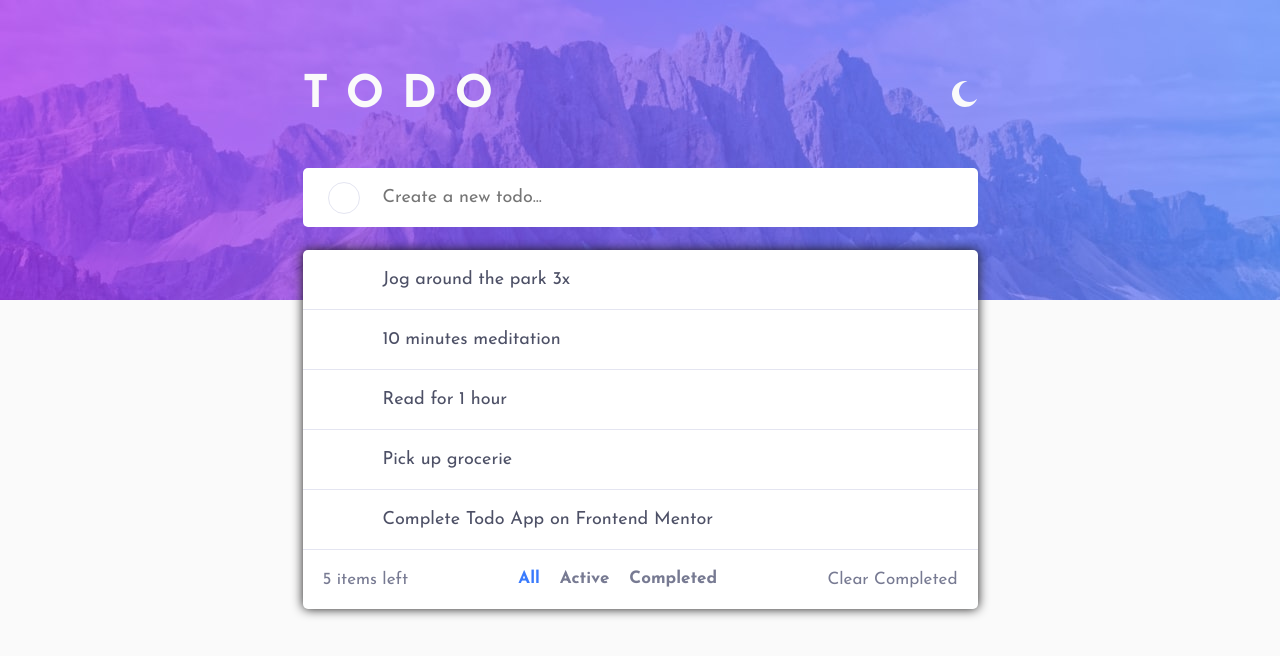
Repository: tomas938/todo-app
Page: /
The author's editor kept a copy of each file at every save. The page is drawn from the files as they stood at one save, then again after the next save.
The browser window is 1280 px wide. The pictures show the whole page.
The project was rebuilt for these pictures with package versions that can differ from the ones it lists, and the page was loaded fresh each time.

Above is the page before, as saved 2021-08-18 13:50:05.

### src/main.js
import { createApp } from "vue";
import App from "./App.vue";
import router from "./router";

createApp(App)
	.use(router)
	.mount("#app");

### src/App.vue
<template>
	<router-view />
</template>

<style lang="scss">
@import "/src/scss/_variables";
:root {
	.dark {
		--bg-image: url(./assets/bg-desktop-dark.jpg);
		--items-bg-color: hsl(235, 24%, 19%);
		--body-bg: hsl(235, 21%, 11%);
		--todo-text: hsl(236, 33%, 92%);
		--todo-border: hsl(237, 14%, 26%);
	}
	.light {
		--bg-image: url(./assets/bg-desktop-light.jpg);
		--items-bg-color: hsl(0, 0%, 100%);
		--body-bg: hsl(0, 0%, 98%);
		--todo-text: hsl(233, 14%, 35%);
		--todo-border: hsl(236, 33%, 92%);
	}
}
* {
	margin: 0;
	padding: 0;
	box-sizing: border-box;
}
html {
	font-size: 62.5%;
}
body {
	font-size: 1.8rem;
	font-family: $font-primary;
	background-color: var(--body-bg);
}

li {
	list-style: none;
}
</style>

### src/router/index.js
import { createRouter, createWebHashHistory } from "vue-router";
import Home from "../views/Home.vue";

const routes = [
	{
		path: "/",
		name: "Home",
		component: Home,
	},
];

const router = createRouter({
	history: createWebHashHistory(),
	routes,
});

export default router;

### src/scss/_variables.scss
// LINK COLLORS-PRIMARY //

$primary: hsl(220, 98%, 61%);
$primary-bg: linear-gradient hsl(192, 100%, 67%) to hsl(280, 87%, 65%);

// LINK LIGHT THEME //

$light-gray: hsl(0, 0%, 98%);
$very-light-grayish-blue: hsl(236, 33%, 92%);
$light-grayish-blue: hsl(233, 11%, 84%);
$dark-grayish-blue: hsl(236, 9%, 61%);
$very-dark-grayish-blue: hsl(235, 19%, 35%);

// LINK DARK THEME //

$very-dark-blue: hsl(235, 21%, 11%);
$dark-desaturated-blue: hsl(235, 24%, 19%);
$light-grayish-blue--dark: hsl(234, 39%, 85%);
$light-grayish-blue--dark-hover: hsl(236, 33%, 92%);
$dark-grayish-blue--dark: hsl(234, 11%, 52%);
$very-dark-grayish-blue--dark: hsl(233, 14%, 35%);
$very-dark-grayish-blue--dark-2: hsl(237, 14%, 26%);

// LINK FONT //

@import url("https://fonts.googleapis.com/css2?family=Josefin+Sans:wght@400;700&display=swap");
$font-primary: "Josefin Sans", sans-serif;
$light: 400;
$bold: 700;

### src/views/Home.vue
<template>
	<Header />
	<Todos />
</template>

<script>
import Header from "../components/Header";
import Todos from "../components/Todos.vue";
export default {
	components: {
		Header,
		Todos,
	},
};
</script>
<style lang="scss"></style>

### src/components/Header.vue
<template>
	<header>
		<nav class="nav container">
			<div class="nav__title">
				<h1>todo</h1>
			</div>
			<svg
				v-if="ligth"
				@click="changeTheme"
				class="nav__theme"
				xmlns="http://www.w3.org/2000/svg"
				width="26"
				height="26"
			>
				<path
					fill="#fafafa"
					fill-rule="evenodd"
					d="M13 0c.81 0 1.603.074 2.373.216C10.593 1.199 7 5.43 7 10.5 7 16.299 11.701 21 17.5 21c2.996 0 5.7-1.255 7.613-3.268C23.22 22.572 18.51 26 13 26 5.82 26 0 20.18 0 13S5.82 0 13 0z"
				/>
			</svg>
			<svg
				v-else
				@click="changeTheme"
				xmlns="http://www.w3.org/2000/svg"
				width="26"
				height="26"
			>
				<path
					fill="#fafafa"
					fill-rule="evenodd"
					d="M13 21a1 1 0 011 1v3a1 1 0 11-2 0v-3a1 1 0 011-1zm-5.657-2.343a1 1 0 010 1.414l-2.121 2.121a1 1 0 01-1.414-1.414l2.12-2.121a1 1 0 011.415 0zm12.728 0l2.121 2.121a1 1 0 01-1.414 1.414l-2.121-2.12a1 1 0 011.414-1.415zM13 8a5 5 0 110 10 5 5 0 010-10zm12 4a1 1 0 110 2h-3a1 1 0 110-2h3zM4 12a1 1 0 110 2H1a1 1 0 110-2h3zm18.192-8.192a1 1 0 010 1.414l-2.12 2.121a1 1 0 01-1.415-1.414l2.121-2.121a1 1 0 011.414 0zm-16.97 0l2.121 2.12A1 1 0 015.93 7.344L3.808 5.222a1 1 0 011.414-1.414zM13 0a1 1 0 011 1v3a1 1 0 11-2 0V1a1 1 0 011-1z"
				/>
			</svg>
		</nav>
		<div class="new-todo">
			<input type="text" placeholder="Create a new todo..." />
		</div>
	</header>
</template>

<script>
export default {
	data() {
		return {
			ligth: true,
			body: document.body,
		};
	},
	methods: {
		changeTheme() {
			this.ligth = !this.ligth;
			if (!this.ligth) {
				this.body.classList.remove("light");
				this.body.classList.add("dark");
			} else {
				this.body.classList.remove("dark");
				this.body.classList.add("light");
			}
		},
	},
	mounted() {
		this.body.classList.add("light");
	},
};
</script>

<style lang="scss" scoped>
@import "/src/scss/_variables";

header {
	height: 30rem;
	display: flex;
	flex-direction: column;
	align-items: center;
	justify-content: center;
	gap: 5rem;
	padding: 3rem;
	background-image: var(--bg-image);
	background-repeat: no-repeat;
	background-size: cover;
}
.nav {
	max-width: 67.5rem;
	width: 100%;
	display: flex;
	justify-content: space-between;
	align-items: baseline;
	&__title h1 {
		font-size: 4.5rem;
		letter-spacing: 1.8rem;
		text-transform: uppercase;
	}

	svg {
		cursor: pointer;
	}
}
.new-todo {
	max-width: 67.5rem;
	width: 100%;
	position: relative;
	&::before {
		content: "";
		position: absolute;
		top: 50%;
		transform: translateY(-50%);
		left: 2.5rem;
		width: 3rem;
		height: 3rem;
		border-radius: 50%;
		border: 1px solid var(--todo-border);
	}
}
input {
	background-color: var(--items-bg-color);
	width: 100%;
	outline: none;
	border: none;
	padding: 2rem;
	padding-left: 8rem;
	border-radius: 0.5rem;
	font-size: 1.8rem;
	font-family: $font-primary;
	font-weight: $light;
}
h1 {
	color: $light-gray;
}
</style>

### src/components/Todos.vue
<template>
	<main>
		<ul class="todos">
			<li v-for="(todo, index) in todos" :key="index" class="todo-item">
				<!-- <div class="todo-status"></div> -->
				<span>{{ todo }}</span>
			</li>
			<div class="filters">
				<div class="items-left">
					<span>{{ todos.length }} items left</span>
				</div>
				<div class="filter">
					<span>All</span>
					<span>Active</span>
					<span>Completed</span>
				</div>
				<div class="clear">
					<span>Clear Completed</span>
				</div>
			</div>
		</ul>
	</main>
</template>

<script>
export default {
	data() {
		return {
			todos: [
				"Jog around the park 3x",
				"10 minutes meditation",
				"Read for 1 hour",
				"Pick up grocerie",
				"Complete Todo App on Frontend Mentor",
			],
		};
	},
};
</script>

<style lang="scss" scoped>
@import "/src/scss/_variables";

main {
	padding: 0 3rem;
	display: flex;
	justify-content: center;
	transform: translateY(-5rem);
}
.todos {
	max-width: 67.5rem;
	width: 100%;
	border-radius: 0.5rem;
	background-color: var(--items-bg-color);
	box-shadow: 0px 0px 11px 0px #1a1919;
}
.todo-item {
	position: relative;
	width: 100%;
	padding: 2rem;
	padding-left: 8rem;
	font-family: $font-primary;
	font-weight: $light;
	color: var(--todo-text);
	border-bottom: 1px solid var(--todo-border);

	// FIXME maybe group styling //
	.todo-status {
		cursor: pointer;
		content: "";
		position: absolute;
		top: 50%;
		transform: translateY(-50%);
		left: 2.5rem;
		width: 3rem;
		height: 3rem;
		border-radius: 50%;
		border: 1px solid var(--todo-border);
	}
	&::after {
		opacity: 0;
		cursor: pointer;
		content: "";
		position: absolute;
		right: 2.5rem;
		width: 2.6rem;
		height: 2.6rem;
		background-image: url(../assets/icon-cross.svg);
		background-repeat: no-repeat;
	}
	&:hover:after {
		transition: opacity 0.5s ease-in-out;
		opacity: 1;
	}
}
.filters {
	display: flex;
	justify-content: space-between;
	padding: 2rem;
	.filter {
		display: flex;
		gap: 2rem;
		span {
			font-weight: $bold;
			&:first-child {
				color: $primary;
			}
		}
	}
	.items-left {
		span {
			cursor: auto;
		}
	}
	span {
		color: $dark-grayish-blue--dark;
		cursor: pointer;
		font-size: 1.7rem;
	}
}
</style>

Loaded but not shown: public/index.html (common file)

After the next save:
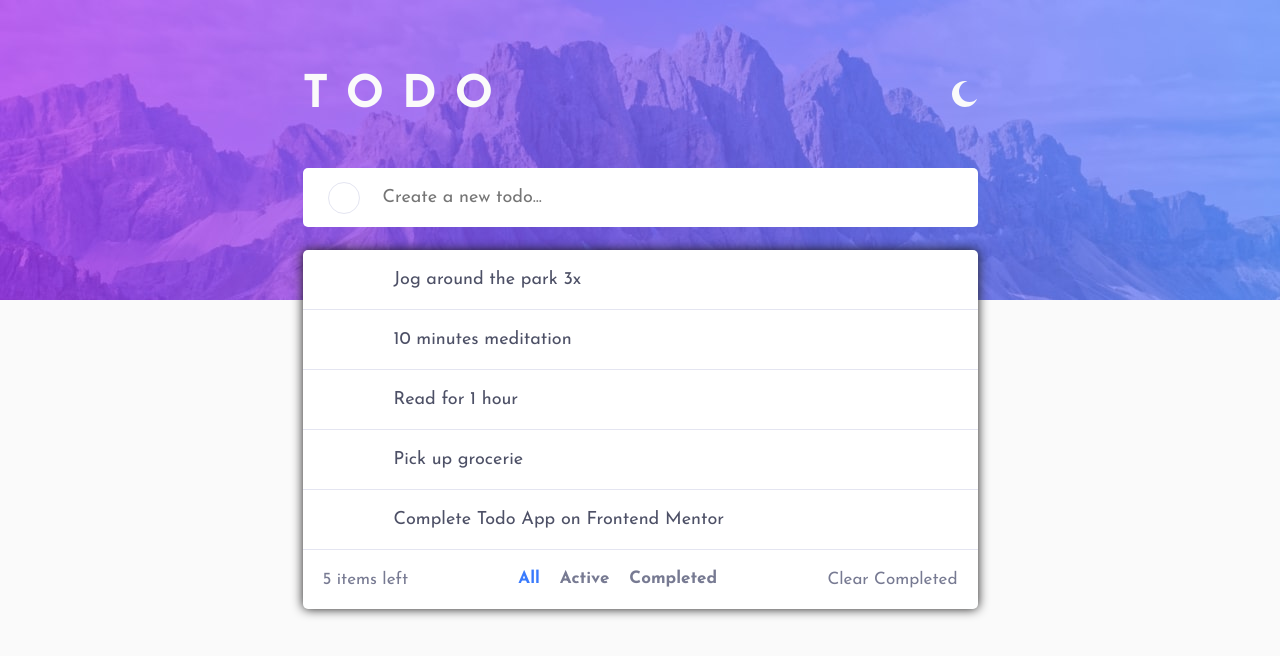
Saved 9 s later.
--- a/src/components/Todos.vue
+++ b/src/components/Todos.vue
@@ -2,6 +2,14 @@
 	<main>
 		<ul class="todos">
 			<li v-for="(todo, index) in todos" :key="index" class="todo-item">
+				<svg xmlns="http://www.w3.org/2000/svg" width="11" height="9">
+					<path
+						fill="none"
+						stroke="#FFF"
+						stroke-width="2"
+						d="M1 4.304L3.696 7l6-6"
+					/>
+				</svg>
 				<!-- <div class="todo-status"></div> -->
 				<span>{{ todo }}</span>
 			</li>
